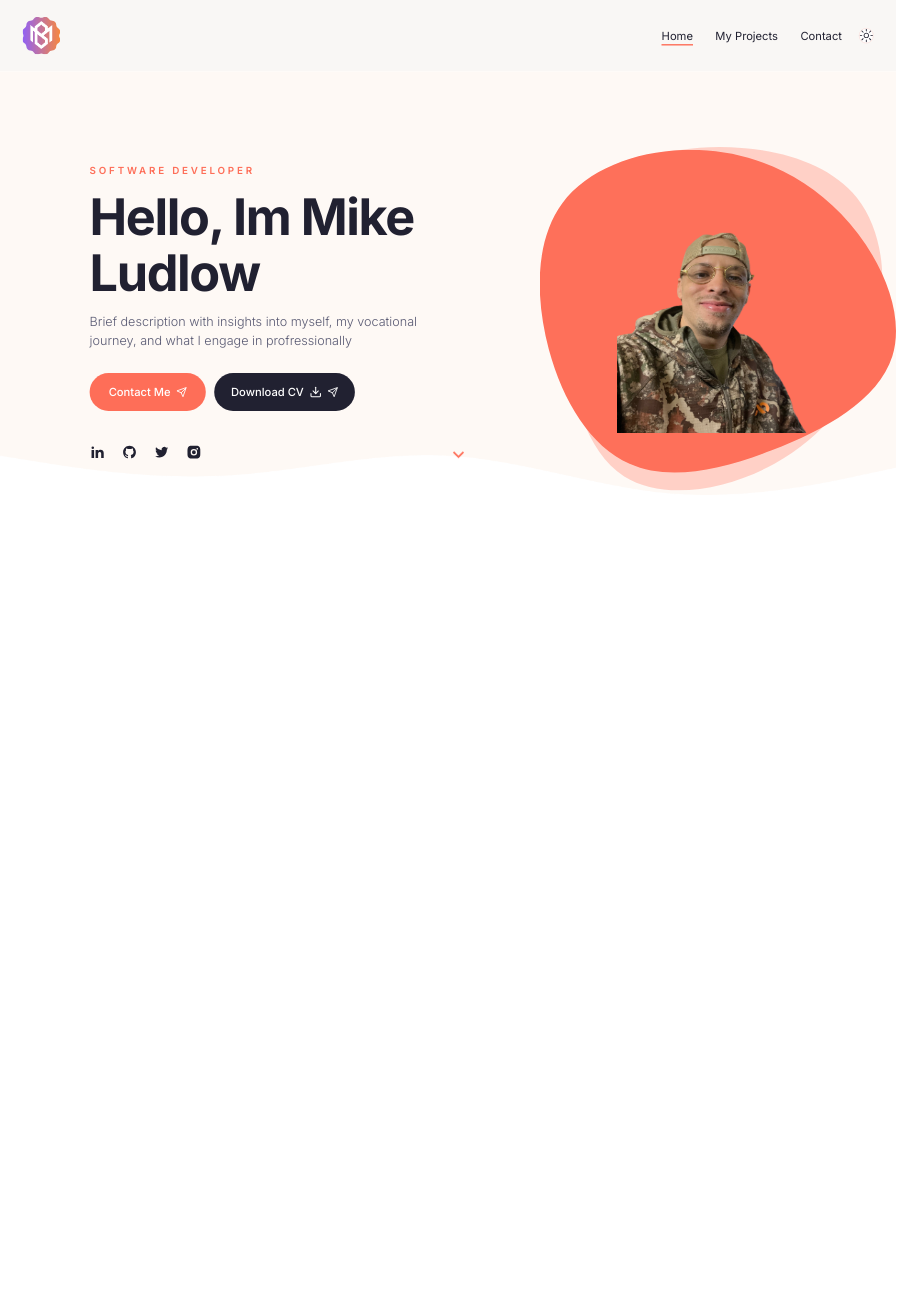
Repository: MikeeBuilds/mike-port
Page: /
These files come from the project's save history. The page is drawn as it stood at one moment and after the next save; the edit follows.
The browser window is 1280 px wide. The page is 1302 px wide, then 1318 px, so the pictures cover 1318 px, including what lies to the right of the window. The pictures show the part of the page from y = 0 to 1880 px (the page is 4731 px tall), at 70% of full size.
The project was rebuilt for these pictures with package versions that can differ from the ones it lists, and the page was loaded fresh each time. The framework's server and built-in components were replaced by stand-ins that run in the browser. Also part of the build but not shown: next.config.js, components/Badge.jsx.

Above is the page before, as saved 2023-11-30 11:22:02.

After the next save:
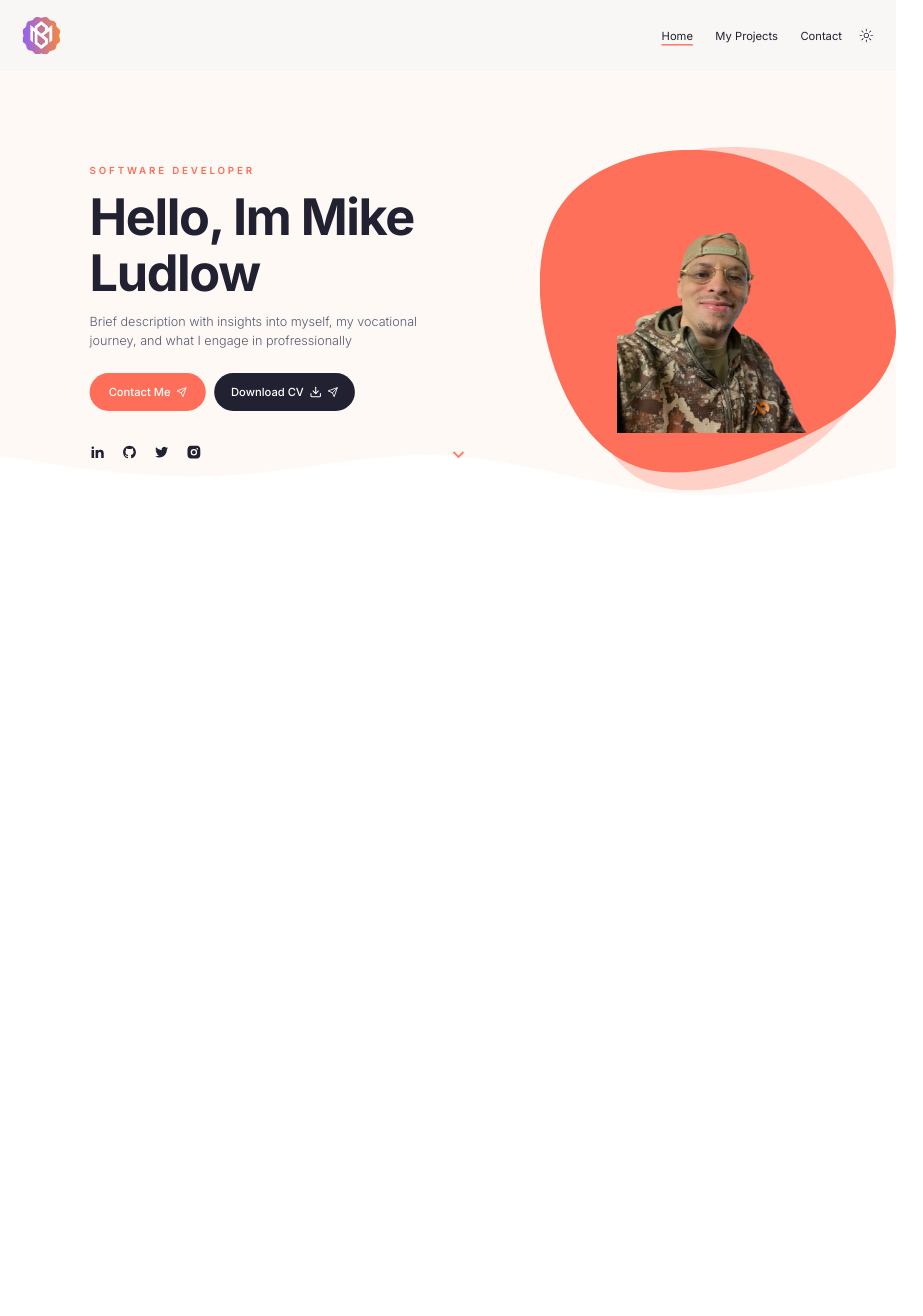
Saved 11 s later.
--- a/components/Hero.jsx
+++ b/components/Hero.jsx
@@ -50,7 +50,7 @@ const Hero = () => {
         </div>
         {/* image */}
         <div className="hidden xl:flex relative">
-          <div className="bg-hero_shape2_light dark:bg-hero_shape2_dark w-[500px] h-[500px] bg-no-repeat absolute -top-1 left-8"></div>
+          <div className="bg-hero_shape2_light dark:bg-hero_shape2_dark w-[500px] h-[500px] bg-no-repeat absolute -top-1 left-12"></div>
           <DevImg containerStyles="bg-hero_shape w-[510px] h-[462px] bg-no-repeat relative bg-bottom" imgSrc='/hero/developer.png'/>
         </div>
         {/* icon */}
